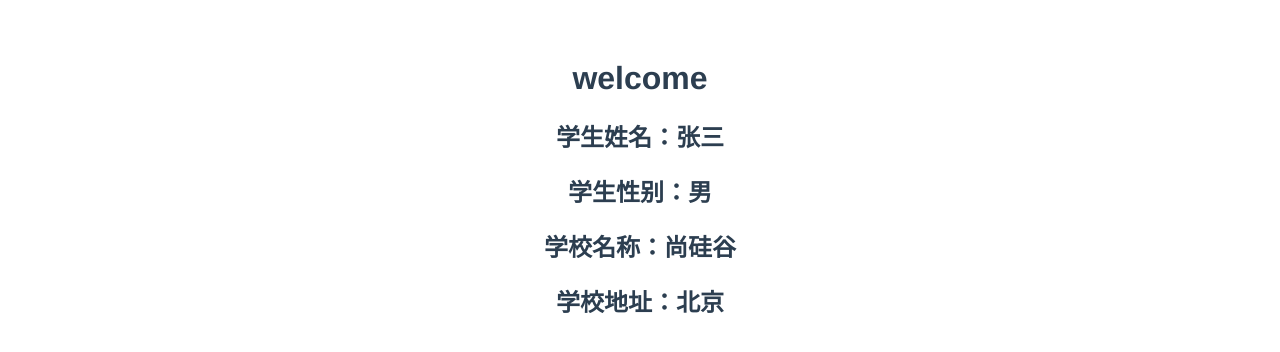
Repository: 319226862/wyy
Page: / (app in test/)
These files come from the project's save history. The page is drawn as it stood at one moment and after the next save; the edit follows.
The browser window is 1280 px wide. The pictures show the whole page.
The project was rebuilt for these pictures with package versions that can differ from the ones it lists, and the page was loaded fresh each time. Also part of the build but not shown: test/vue.config.js.

Above is the page before, as saved 2023-06-21 16:23:39.

After the next save:
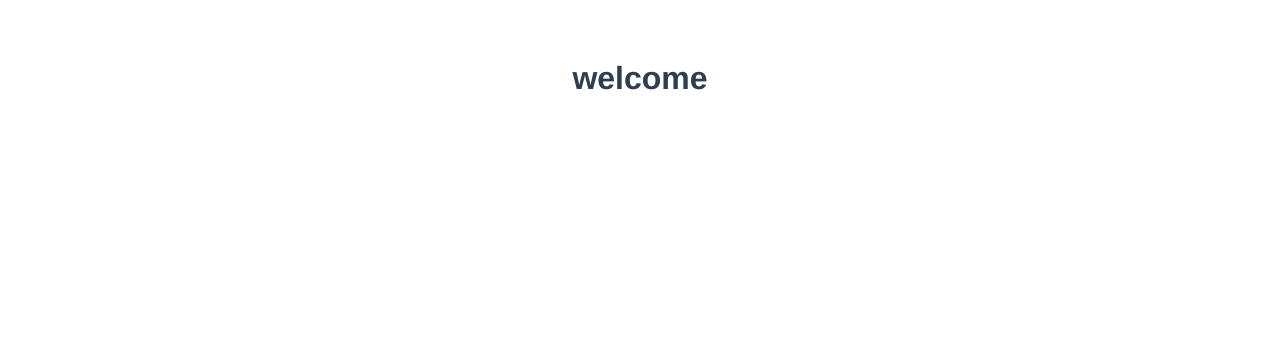
Saved 43 s later.
--- a/test/src/App.vue
+++ b/test/src/App.vue
@@ -1,9 +1,6 @@
 <template>
   <div id="app">
     <h1>{{ msg }}</h1>
-    <School v-on:aaa="demo"/>
-    <Student ref="bindSchool"/>
-    <!-- <Student v-on:getMessage="getMsg"/> -->
   </div>
 </template>
 
@@ -22,17 +19,10 @@
     Student
   },
   methods:{
-    demo(){
-      console.log("收到消息")
-    },
-    getMsg(){
-      console.log("student传消息成功")
-    }
+
   },
   mounted(){
-    this.$refs.bindSchool.$on('getMessage',function(){
-      console.log("student传消息成功")
-    })
+
   }
 }
 </script>

After the save that followed:
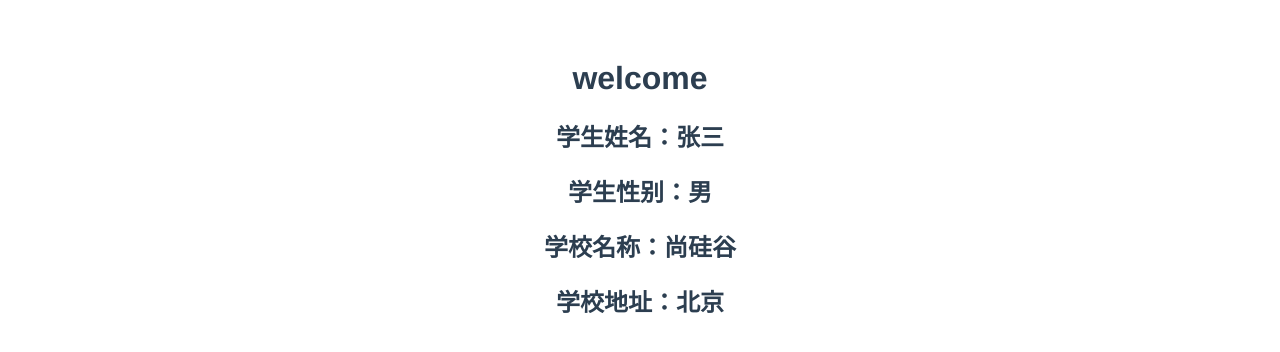
Saved 96 s later.
--- a/test/src/App.vue
+++ b/test/src/App.vue
@@ -1,6 +1,8 @@
 <template>
   <div id="app">
     <h1>{{ msg }}</h1>
+    <School />
+    <Student />
   </div>
 </template>
 
